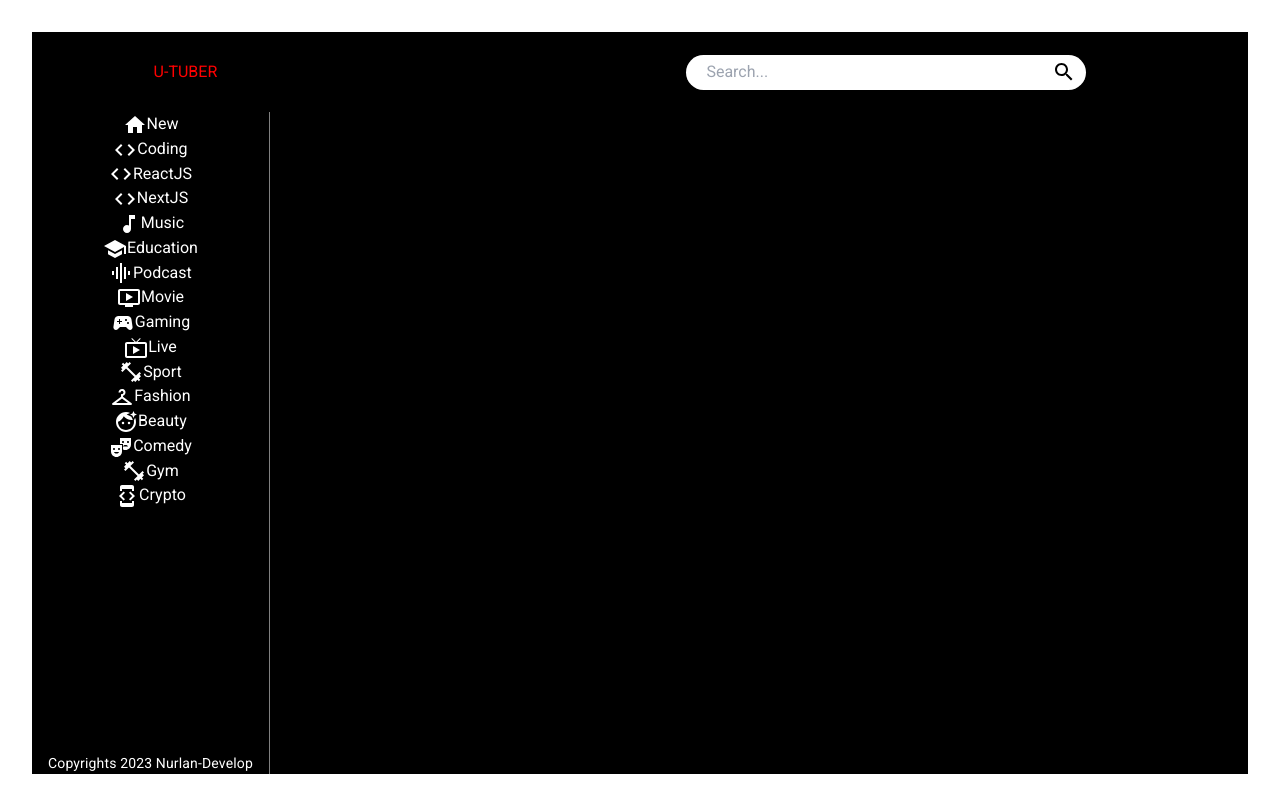
Repository: Nurlan-Bakenbaev/YoutubeClone
Page: /
An editor plug-in stored every save of this project. The page is shown before and after a run of saves, followed by the edit.
The browser window is 1280 px wide. The pictures show the whole page.
The project was rebuilt for these pictures with package versions that can differ from the ones it lists, and the page was loaded fresh each time. Also part of the build but not shown: vite.config.js, src/components/VideoDetails.jsx, src/components/SearchFeed.jsx, src/components/ChannelDetails.jsx.

Above is the page before, as saved 2023-09-06 10:02:23.

After the next 2 saves:
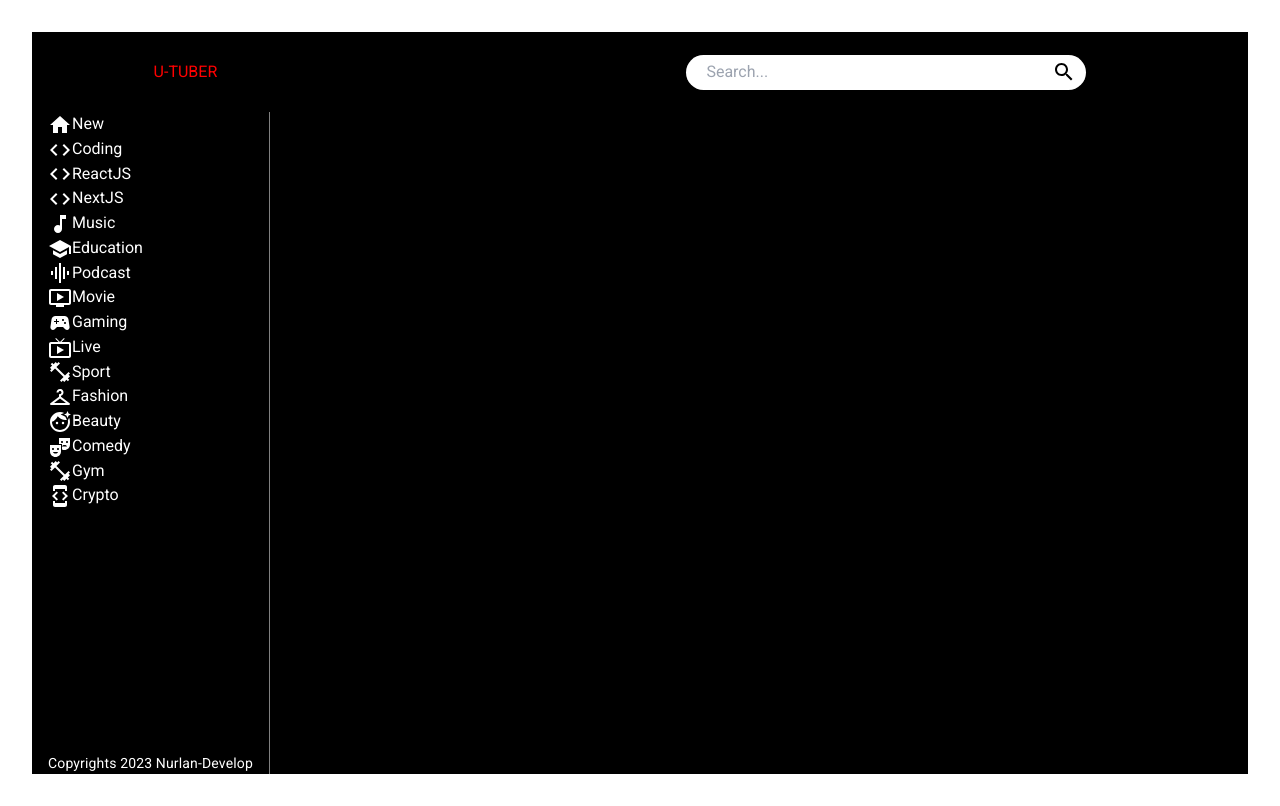
The 2 saves are shown as one change because they came seconds apart.
The last was saved 7 s later.
--- a/src/components/SideBar.jsx
+++ b/src/components/SideBar.jsx
@@ -10,7 +10,7 @@ const SideBar = () => {
       height: { sx: "auto", md: "95%" },
     flexDirection:{md:'column'} }}>
       {categories.map((cat) => (
-        <button className= "text-white">
+        <button className=" flex  text-white">
           <span> {cat.icon}</span>
           <span>{cat.name}</span>
         </button>
